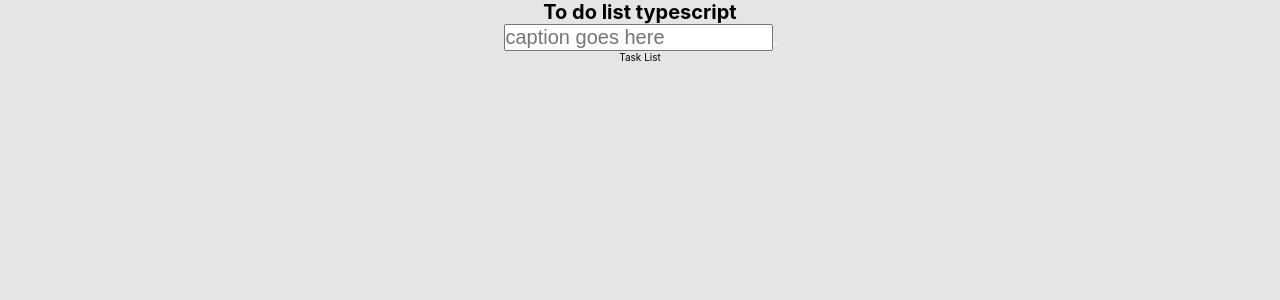
Repository: Nhatktvn/TodoListReactTs
Page: /
An editor plug-in stored every save of this project. The page is shown before and after the next save, followed by the edit.
The browser window is 1280 px wide. The pictures show the whole page.
The project was rebuilt for these pictures with package versions that can differ from the ones it lists, and the page was loaded fresh each time.

Above is the page before, as saved 2023-11-08 08:28:09.

After the next save:
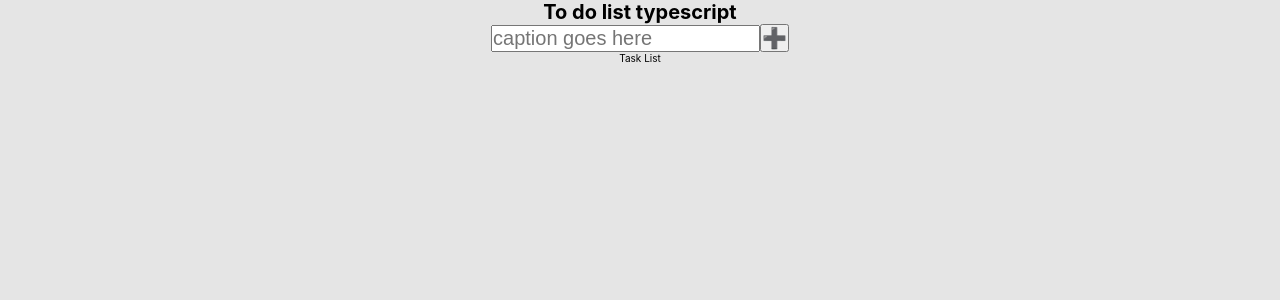
Saved 67 s later.
--- a/src/components/TaskInput/TaskInput.tsx
+++ b/src/components/TaskInput/TaskInput.tsx
@@ -6,7 +6,7 @@ export default function TaskInput() {
       <h1>To do list typescript</h1>
       <form>
         <input type='text' placeholder='caption goes here' />
-        <button type='submit'></button>
+        <button type='submit'>➕</button>
       </form>
     </div>
   )
